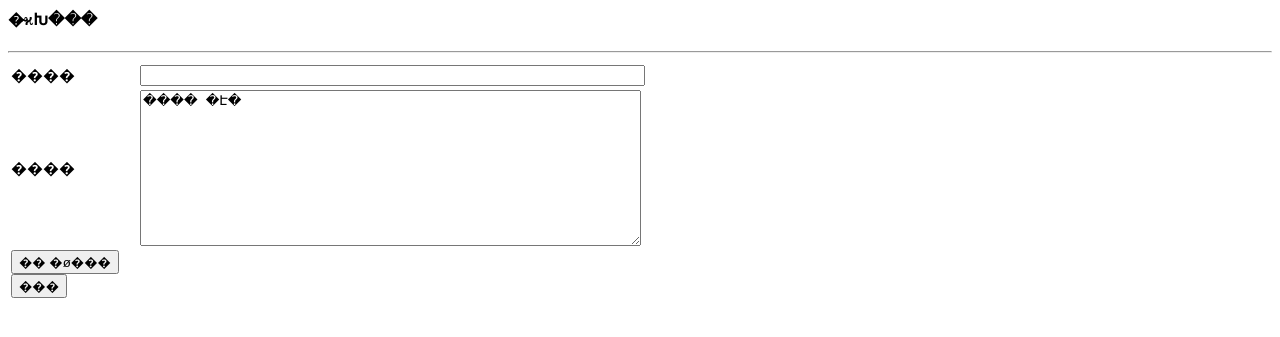
Repository: 2ujin/2018-PHP-afterschool
Page: http://localhost/CH06/ch06_05.php
These files come from the project's save history. The page is drawn as it stood at one moment and after the next save; the edit follows.
The browser window is 1280 px wide. The pictures show the whole page.
The page is run by PHP 8.4 with error messages shown; the project is at /var/www/html/.

Above is the page before, as saved 2018-07-31 01:05:52.

After the next save:
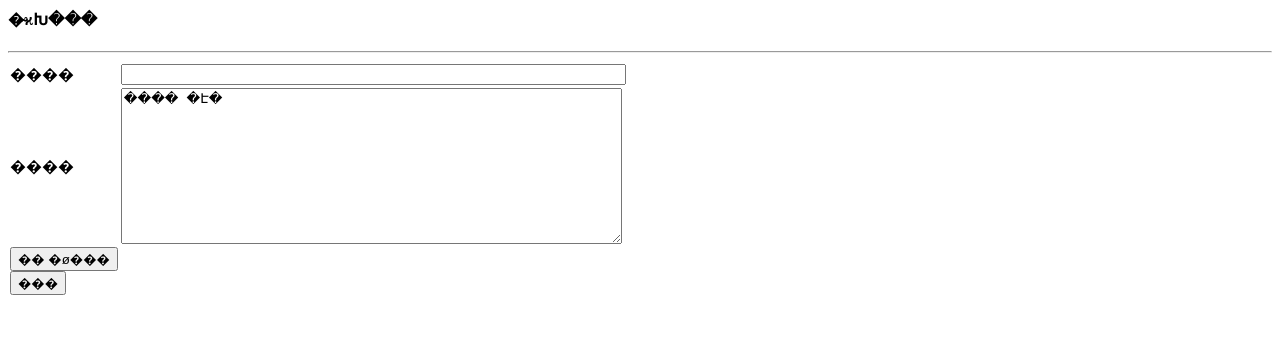
Saved 69 s later.
--- a/PHPStudy/CH06/ch06_05.php
+++ b/PHPStudy/CH06/ch06_05.php
@@ -1,6 +1,6 @@
 <html>
 <h4>미니게시판</h4><hr>
-<table width = "640">
+<table width = "60" cellspacing="1" cellpaddding="4">
 <tr><td valign = "top">제목</td><td><input type = text size = 60 id = title></input></td></tr>
 <tr><td valign = "middle">내용</td><td><textarea name = "content" cols = "60" rows = "10">내용 입력</textarea></td></tr>
 <tr><td><input type = "submit" value = "글 올리기" id = "submit"><input type="submit" value = "취소" id = "cancel"></td></tr>
